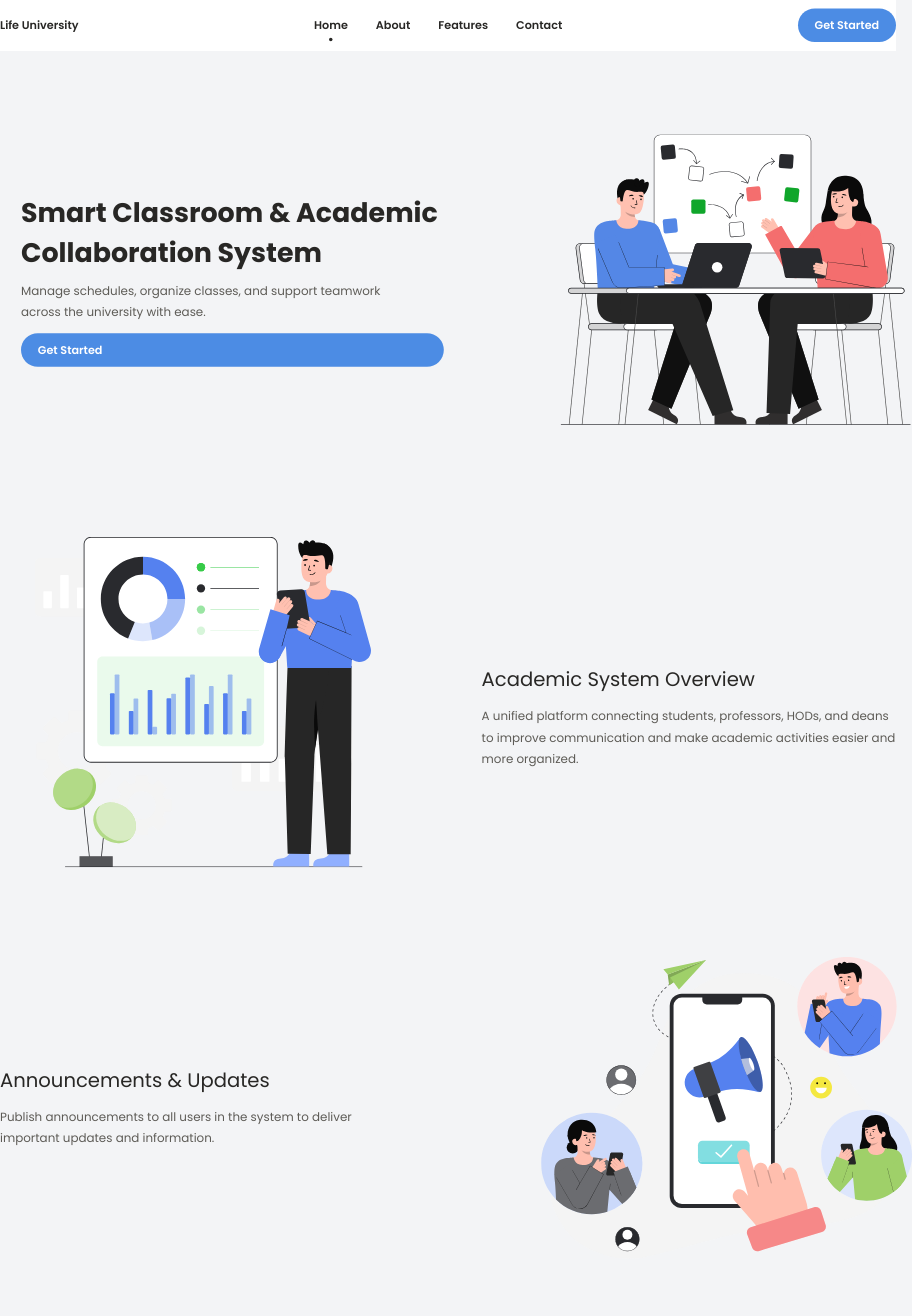
Repository: Chocovcandy/Classroom_Management_System
Page: http://localhost/
An editor plug-in stored every save of this project. The page is shown before and after a run of saves, followed by the edit.
The browser window is 1280 px wide. The page is 1303 px wide, so the pictures cover 1303 px, including what lies to the right of the window. The pictures show the part of the page from y = 0 to 1880 px (the page is 3887 px tall), at 70% of full size.
Some web libraries are served in a nearby version. The page is served by the project's Laravel application, run on PHP 8.4 with Laravel 12.

Above is the page before, as saved 2026-08-03 10:44:17.

After the next 2 saves:
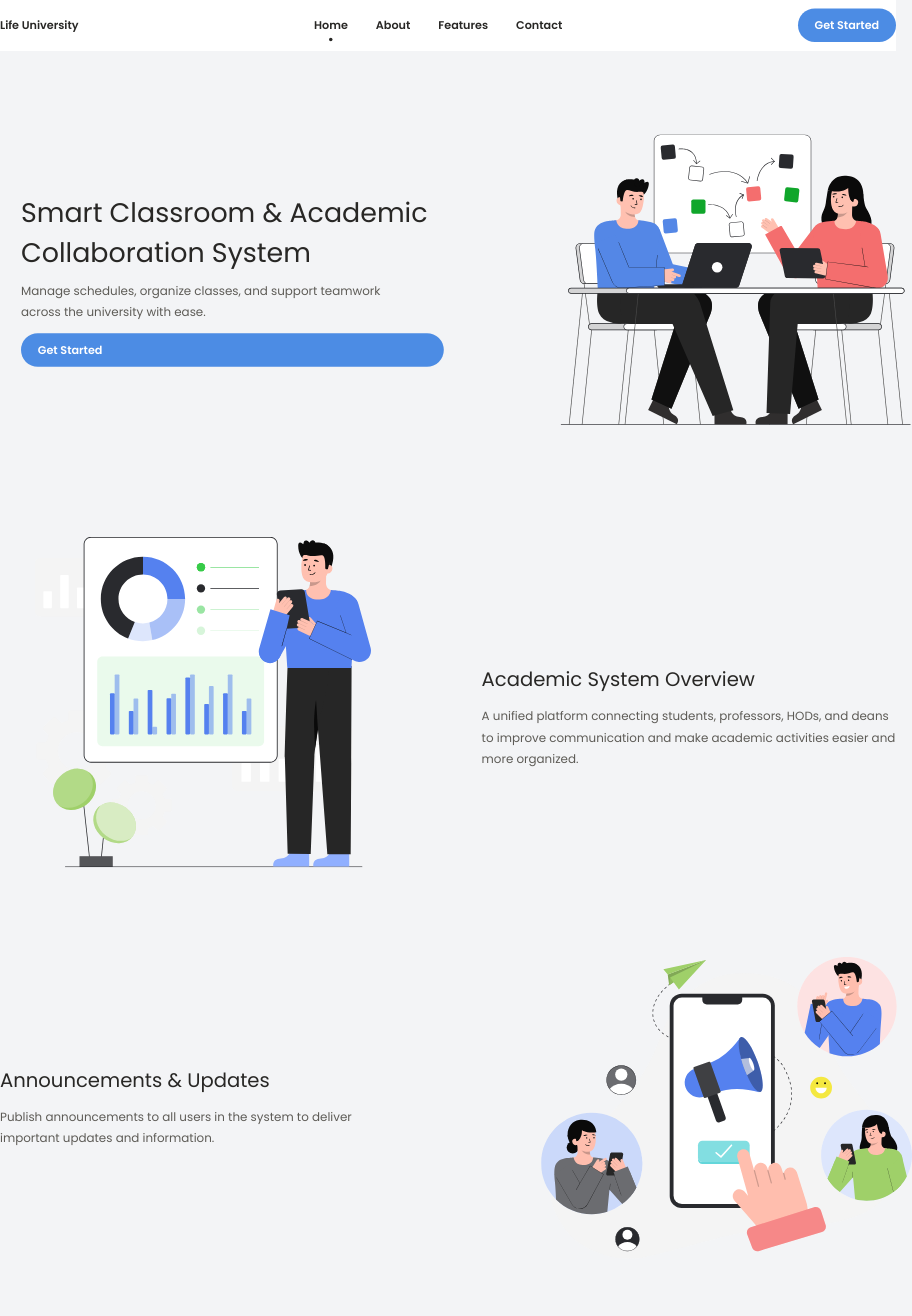
The 2 saves are shown as one change because they came seconds apart.
The last was saved 10 s later.
--- a/public/assets/css/style.css
+++ b/public/assets/css/style.css
@@ -313,7 +313,7 @@
 
 .home__title {
     font-size: 2.4rem;
-    font-weight: var(--font-bold);
+    font-weight: 400px;
     margin-bottom: var(--mb-0-75);
     line-height: 1.5;
     width: 100%;

After the 2 saves that followed:
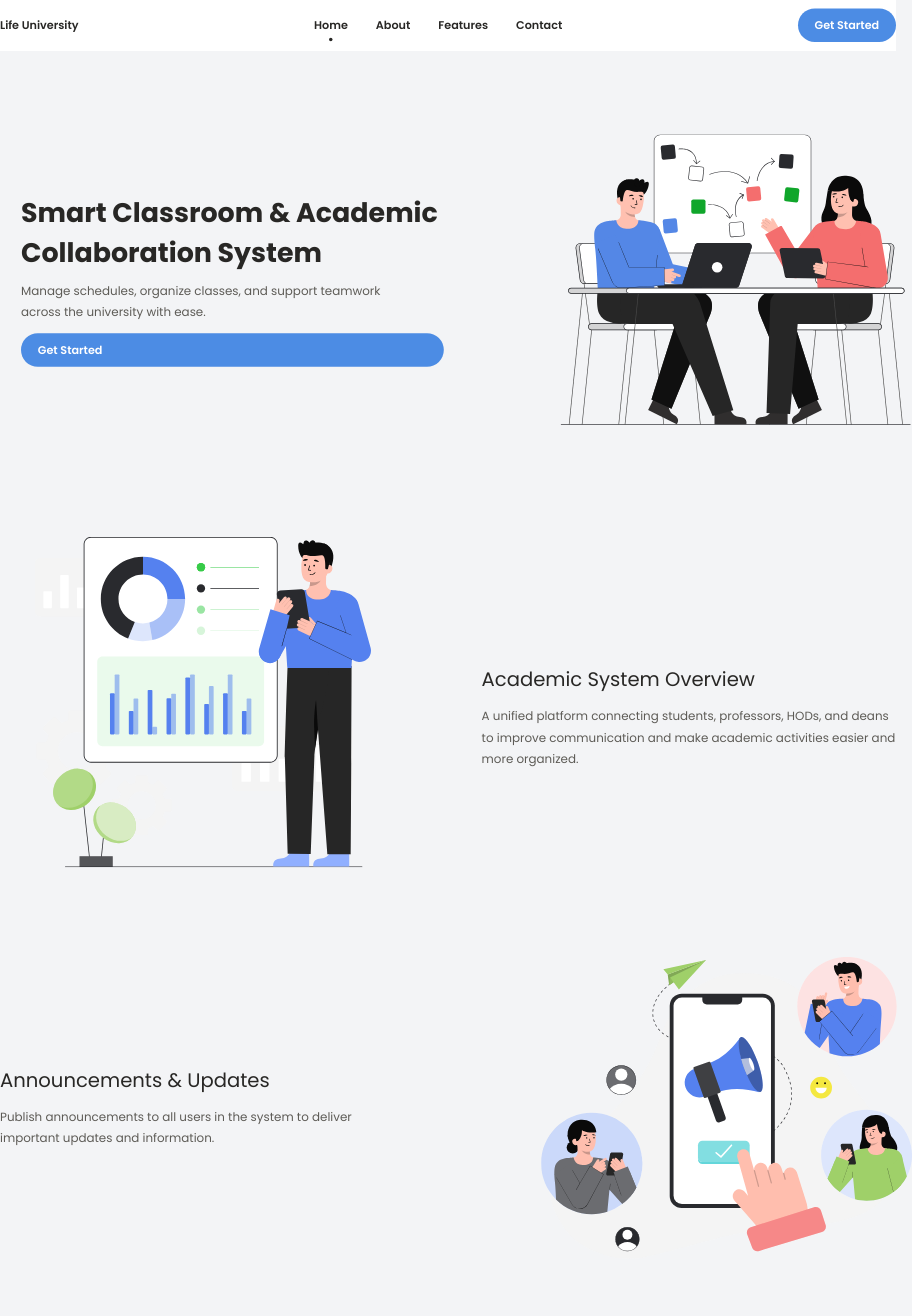
The 2 saves are shown as one change because 1 left the picture as it was.
The last was saved 13 s later.
--- a/public/assets/css/style.css
+++ b/public/assets/css/style.css
@@ -313,7 +313,7 @@
 
 .home__title {
     font-size: 2.4rem;
-    font-weight: 400px;
+    font-weight: bold;
     margin-bottom: var(--mb-0-75);
     line-height: 1.5;
     width: 100%;
